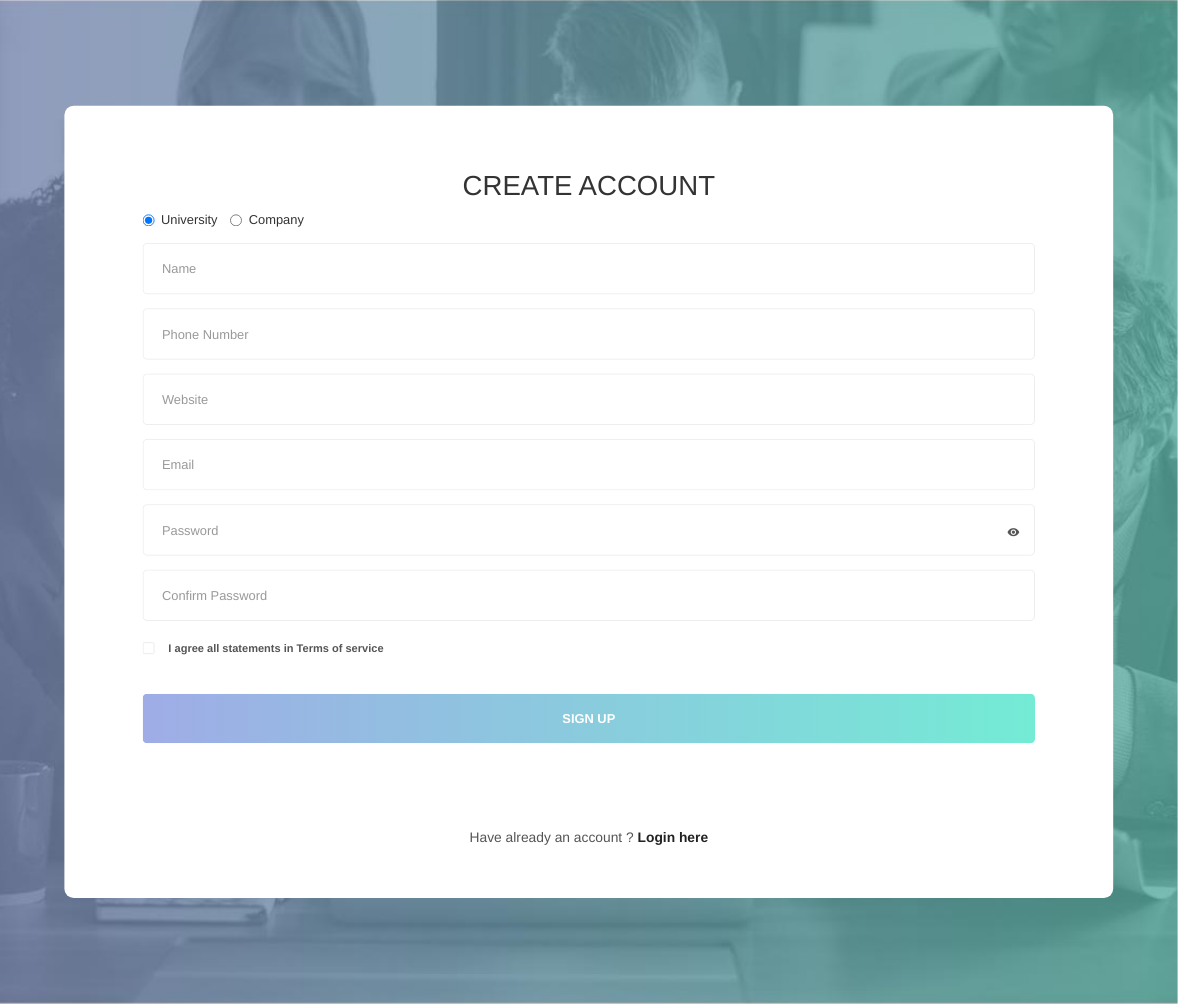
Repository: zainbt/Career_Bridge
Page: static/register/register.html
An editor plug-in stored every save of this project. The page is shown before and after the next save, followed by the edit.
The browser window is 1280 px wide. The pictures show the whole page, at 92% of full size.

Above is the page before, as saved 2019-11-18 17:56:26.

### static/register/register.html
<!DOCTYPE html>
<html lang="en">

<head>
    <meta charset="UTF-8">
    <meta name="viewport" content="width=device-width, initial-scale=1.0">
    <meta http-equiv="X-UA-Compatible" content="ie=edge">
    <title>Sign Up Form by Colorlib</title>

    <!-- Font Icon -->
    <link rel="stylesheet" href="fonts/material-icon/css/material-design-iconic-font.min.css">

    <!-- Main css -->
    <link rel="stylesheet" href="css/style.css">
    <link rel="stylesheet" href="https://maxcdn.bootstrapcdn.com/bootstrap/3.4.0/css/bootstrap.min.css">

</head>

<body>

    <div class="main">

        <section class="signup">
            <!-- <img src="images/signup-bg.jpg" alt=""> -->
            <div class="container">
                <div class="signup-content">
                    <form method="POST" id="signup-form" class="signup-form">
                        <h2 class="form-title">Create account</h2>
                        <div class="form-group">
                            <label class="radio-inline">
                                    <input type="radio" name="optradio" checked>University
                                </label>
                            <label class="radio-inline">
                                <input type="radio" name="optradio"> Company
                            </label>
                        </div>

                        <div class="form-group">
                            <input type="text" class="form-input" name="name" id="name" placeholder="Name" />
                        </div>
                        <div class="form-group">
                            <input type="number" class="form-input" name="name" id="name" placeholder="Phone Number" />
                        </div>
                        <div class="form-group">
                            <input type="url" class="form-input" name="name" id="name" placeholder="Website" />
                        </div>
                        <div class="form-group">
                            <input type="email" class="form-input" name="email" id="email" placeholder="Email" />
                        </div>
                        <div class="form-group">
                            <input type="password" class="form-input" name="password" id="password" placeholder="Password" />
                            <span toggle="#password" class="zmdi zmdi-eye field-icon toggle-password"></span>
                        </div>
                        <div class="form-group">
                            <input type="password" class="form-input" name="re_password" id="re_password" placeholder="Confirm Password" />
                        </div>
                        <div class="form-group">
                            <input type="checkbox" name="agree-term" id="agree-term" class="agree-term" />
                            <label for="agree-term" class="label-agree-term"><span><span></span></span>I agree all statements in  <a href="#" class="term-service">Terms of service</a></label>
                        </div>
                        <div class="form-group">
                            <input type="submit" name="submit" id="submit" class="form-submit" value="Sign up" />
                        </div>
                    </form>
                    <p class="loginhere">
                        Have already an account ? <a href="signUp.html" class="loginhere-link">Login here</a>
                    </p>
                </div>
            </div>
        </section>

    </div>

    <!-- JS -->
    <script src="vendor/jquery/jquery.min.js"></script>
    <script src="js/main.js"></script>
</body>
<!-- This templates was made by Colorlib (https://colorlib.com) -->

</html>

### static/register/css/style.css
/* @extend display-flex; */
display-flex, .display-flex, .display-flex-center {
  display: flex;
  display: -webkit-flex; }

/* @extend list-type-ulli; */
list-type-ulli {
  list-style-type: none;
  margin: 0;
  padding: 0; }

/* Montserrat-300 - latin */
@font-face {
  font-family: 'Montserrat';
  font-style: normal;
  font-weight: 300;
  src: url("../fonts/montserrat/Montserrat-Light.ttf");
  /* IE9 Compat Modes */ }
@font-face {
  font-family: 'Montserrat';
  font-style: normal;
  font-weight: 400;
  src: url("../fonts/montserrat/Montserrat-Regular.ttf");
  /* IE9 Compat Modes */ }
@font-face {
  font-family: 'Montserrat';
  font-style: italic;
  font-weight: 400;
  src: url("../fonts/montserrat/Montserrat-Italic.ttf");
  /* IE9 Compat Modes */ }
@font-face {
  font-family: 'Montserrat';
  font-style: normal;
  font-weight: 500;
  src: url("../fonts/montserrat/Montserrat-Medium.ttf");
  /* IE9 Compat Modes */ }
@font-face {
  font-family: 'Montserrat';
  font-style: normal;
  font-weight: 600;
  src: url("../fonts/montserrat/Montserrat-SemiBold.ttf");
  /* IE9 Compat Modes */ }
@font-face {
  font-family: 'Montserrat';
  font-style: normal;
  font-weight: 700;
  src: url("../fonts/montserrat/Montserrat-Bold.ttf");
  /* IE9 Compat Modes */ }
@font-face {
  font-family: 'Montserrat';
  font-style: italic;
  font-weight: 700;
  src: url("../fonts/montserrat/Montserrat-BoldItalic.ttf");
  /* IE9 Compat Modes */ }
@font-face {
  font-family: 'Montserrat';
  font-style: italic;
  font-weight: 900;
  src: url("../fonts/montserrat/montserrat-v12-latin-900.ttf"), url("../fonts/montserrat/montserrat-v12-latin-900.eot") format("embedded-opentype"), url("../fonts/montserrat/montserrat-v12-latin-900.svg") format("woff2"), url("../fonts/montserrat/montserrat-v12-latin-900.woff") format("woff"), url("../fonts/montserrat/montserrat-v12-latin-900.woff2") format("truetype"); }
a:focus, a:active {
  text-decoration: none;
  outline: none;
  transition: all 300ms ease 0s;
  -moz-transition: all 300ms ease 0s;
  -webkit-transition: all 300ms ease 0s;
  -o-transition: all 300ms ease 0s;
  -ms-transition: all 300ms ease 0s; }

input, select, textarea {
  outline: none;
  appearance: unset !important;
  -moz-appearance: unset !important;
  -webkit-appearance: unset !important;
  -o-appearance: unset !important;
  -ms-appearance: unset !important; }

input::-webkit-outer-spin-button, input::-webkit-inner-spin-button {
  appearance: none !important;
  -moz-appearance: none !important;
  -webkit-appearance: none !important;
  -o-appearance: none !important;
  -ms-appearance: none !important;
  margin: 0; }

input:focus, select:focus, textarea:focus {
  outline: none;
  box-shadow: none !important;
  -moz-box-shadow: none !important;
  -webkit-box-shadow: none !important;
  -o-box-shadow: none !important;
  -ms-box-shadow: none !important; }

input[type=checkbox] {
  appearance: checkbox !important;
  -moz-appearance: checkbox !important;
  -webkit-appearance: checkbox !important;
  -o-appearance: checkbox !important;
  -ms-appearance: checkbox !important; }

input[type=radio] {
  appearance: radio !important;
  -moz-appearance: radio !important;
  -webkit-appearance: radio !important;
  -o-appearance: radio !important;
  -ms-appearance: radio !important; }

img {
  max-width: 100%;
  height: auto; }

figure {
  margin: 0; }

p {
  margin-bottom: 0px;
  font-size: 15px;
  color: #777; }

h2 {
  line-height: 1.66;
  margin: 0;
  padding: 0;
  font-weight: 900;
  color: #222;
  font-family: 'Montserrat';
  font-size: 24px;
  text-transform: uppercase;
  text-align: center;
  margin-bottom: 40px; }

.clear {
  clear: both; }

body {
  font-size: 14px;
  line-height: 1.8;
  color: #222;
  font-weight: 400;
  font-family: 'Montserrat';
  background-image: url("../images/signup-bg.jpg");
  background-repeat: no-repeat;
  background-size: cover;
  -moz-background-size: cover;
  -webkit-background-size: cover;
  -o-background-size: cover;
  -ms-background-size: cover;
  background-position: center center;
  padding: 115px 0; }

.container {
  width: 660px;
  position: relative;
  margin: 0 auto; }

.display-flex {
  justify-content: space-between;
  -moz-justify-content: space-between;
  -webkit-justify-content: space-between;
  -o-justify-content: space-between;
  -ms-justify-content: space-between;
  align-items: center;
  -moz-align-items: center;
  -webkit-align-items: center;
  -o-align-items: center;
  -ms-align-items: center; }

.display-flex-center {
  justify-content: center;
  -moz-justify-content: center;
  -webkit-justify-content: center;
  -o-justify-content: center;
  -ms-justify-content: center;
  align-items: center;
  -moz-align-items: center;
  -webkit-align-items: center;
  -o-align-items: center;
  -ms-align-items: center; }

.position-center {
  position: absolute;
  top: 50%;
  left: 50%;
  transform: translate(-50%, -50%);
  -moz-transform: translate(-50%, -50%);
  -webkit-transform: translate(-50%, -50%);
  -o-transform: translate(-50%, -50%);
  -ms-transform: translate(-50%, -50%); }

.signup-content {
  background: #fff;
  border-radius: 10px;
  -moz-border-radius: 10px;
  -webkit-border-radius: 10px;
  -o-border-radius: 10px;
  -ms-border-radius: 10px;
  padding: 50px 85px; }

.form-group {
  overflow: hidden;
  margin-bottom: 20px; }

.form-input {
  width: 100%;
  border: 1px solid #ebebeb;
  border-radius: 5px;
  -moz-border-radius: 5px;
  -webkit-border-radius: 5px;
  -o-border-radius: 5px;
  -ms-border-radius: 5px;
  padding: 17px 20px;
  box-sizing: border-box;
  font-size: 14px;
  font-weight: 500;
  color: #222; }
  .form-input::-webkit-input-placeholder {
    color: #999; }
  .form-input::-moz-placeholder {
    color: #999; }
  .form-input:-ms-input-placeholder {
    color: #999; }
  .form-input:-moz-placeholder {
    color: #999; }
  .form-input::-webkit-input-placeholder {
    font-weight: 500; }
  .form-input::-moz-placeholder {
    font-weight: 500; }
  .form-input:-ms-input-placeholder {
    font-weight: 500; }
  .form-input:-moz-placeholder {
    font-weight: 500; }
  .form-input:focus {
    border: 1px solid transparent;
    -webkit-border-image-source: -webkit-linear-gradient(to right, #9face6, #74ebd5);
    -moz-border-image-source: -moz-linear-gradient(to right, #9face6, #74ebd5);
    -o-border-image-source: -o-linear-gradient(to right, #9face6, #74ebd5);
    border-image-source: linear-gradient(to right, #9face6, #74ebd5);
    -webkit-border-image-slice: 1;
    border-image-slice: 1;
    border-radius: 5px;
    -moz-border-radius: 5px;
    -webkit-border-radius: 5px;
    -o-border-radius: 5px;
    -ms-border-radius: 5px;
    background-origin: border-box;
    background-clip: content-box, border-box; }
    .form-input:focus::-webkit-input-placeholder {
      color: #222; }
    .form-input:focus::-moz-placeholder {
      color: #222; }
    .form-input:focus:-ms-input-placeholder {
      color: #222; }
    .form-input:focus:-moz-placeholder {
      color: #222; }

.form-submit {
  width: 100%;
  border-radius: 5px;
  -moz-border-radius: 5px;
  -webkit-border-radius: 5px;
  -o-border-radius: 5px;
  -ms-border-radius: 5px;
  padding: 17px 20px;
  box-sizing: border-box;
  font-size: 14px;
  font-weight: 700;
  color: #fff;
  text-transform: uppercase;
  border: none;
  background-image: -moz-linear-gradient(to left, #74ebd5, #9face6);
  background-image: -ms-linear-gradient(to left, #74ebd5, #9face6);
  background-image: -o-linear-gradient(to left, #74ebd5, #9face6);
  background-image: -webkit-linear-gradient(to left, #74ebd5, #9face6);
  background-image: linear-gradient(to left, #74ebd5, #9face6); }

input[type=checkbox]:not(old) {
  width: 2em;
  margin: 0;
  padding: 0;
  font-size: 1em;
  display: none; }

input[type=checkbox]:not(old) + label {
  display: inline-block;
  margin-top: 7px;
  margin-bottom: 25px; }

input[type=checkbox]:not(old) + label > span {
  display: inline-block;
  width: 13px;
  height: 13px;
  margin-right: 15px;
  margin-bottom: 3px;
  border: 1px solid #ebebeb;
  border-radius: 2px;
  -moz-border-radius: 2px;
  -webkit-border-radius: 2px;
  -o-border-radius: 2px;
  -ms-border-radius: 2px;
  background: white;
  background-image: -moz-linear-gradient(white, white);
  background-image: -ms-linear-gradient(white, white);
  background-image: -o-linear-gradient(white, white);
  background-image: -webkit-linear-gradient(white, white);
  background-image: linear-gradient(white, white);
  vertical-align: bottom; }

input[type=checkbox]:not(old):checked + label > span {
  background-image: -moz-linear-gradient(white, white);
  background-image: -ms-linear-gradient(white, white);
  background-image: -o-linear-gradient(white, white);
  background-image: -webkit-linear-gradient(white, white);
  background-image: linear-gradient(white, white); }

input[type=checkbox]:not(old):checked + label > span:before {
  content: '\f26b';
  display: block;
  color: #222;
  font-size: 11px;
  line-height: 1.2;
  text-align: center;
  font-family: 'Material-Design-Iconic-Font';
  font-weight: bold; }

.label-agree-term {
  font-size: 12px;
  font-weight: 600;
  color: #555; }

.term-service {
  color: #555; }

.loginhere {
  color: #555;
  font-weight: 500;
  text-align: center;
  margin-top: 91px;
  margin-bottom: 5px; }

.loginhere-link {
  font-weight: 700;
  color: #222; }

.field-icon {
  float: right;
  margin-right: 17px;
  margin-top: -32px;
  position: relative;
  z-index: 2;
  color: #555; }

@media screen and (max-width: 768px) {
  .container {
    width: calc(100% - 40px);
    max-width: 100%; } }
@media screen and (max-width: 480px) {
  .signup-content {
    padding: 50px 25px; } }

/*# sourceMappingURL=style.css.map */

Loaded but not shown: static/register/fonts/material-icon/css/material-design-iconic-font.min.css (library); static/register/vendor/jquery/jquery.min.js (library); static/register/js/main.js (common file)

After the next save:
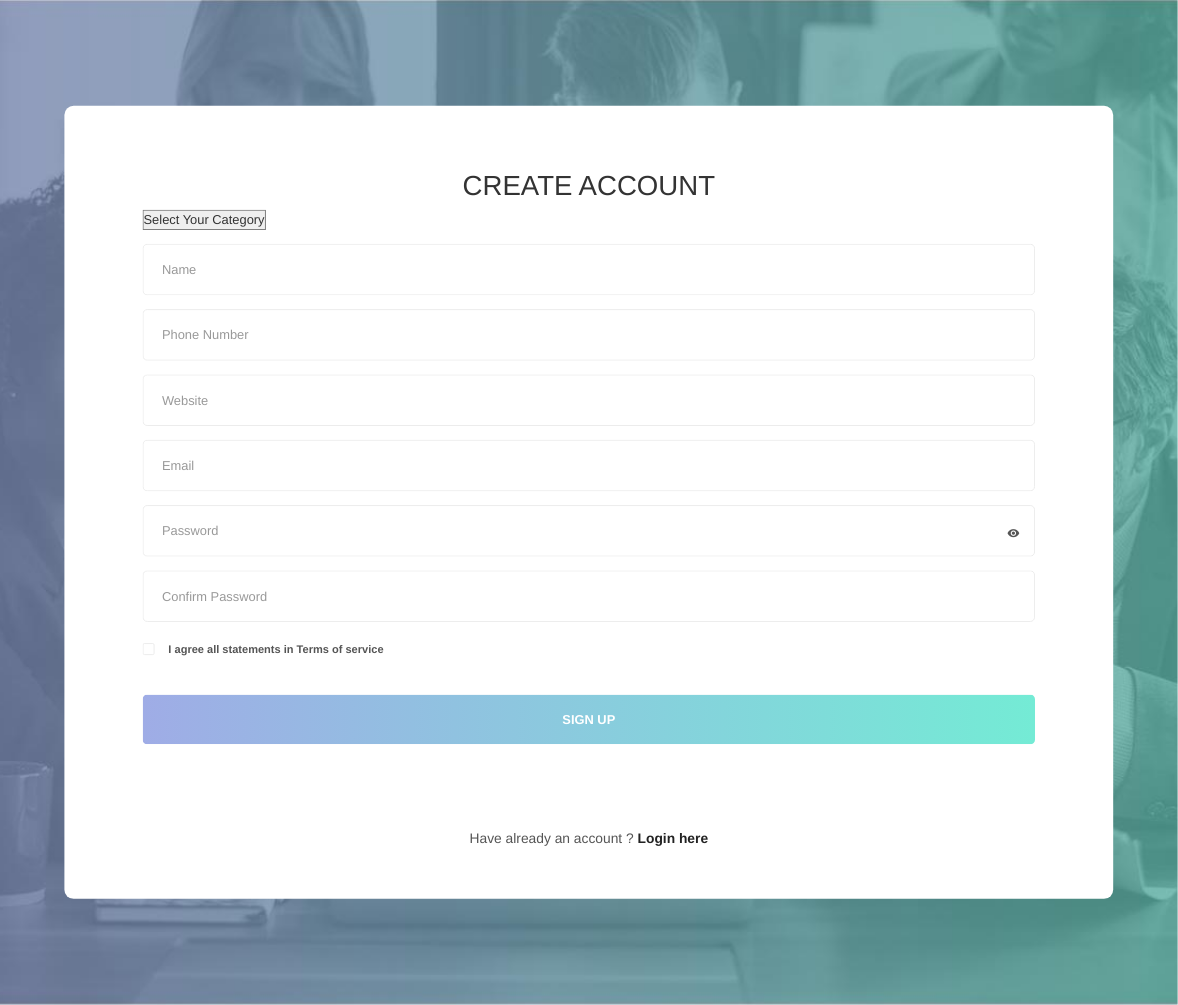
Saved 9 min 3 s later.
--- a/static/register/register.html
+++ b/static/register/register.html
@@ -27,12 +27,11 @@
                     <form method="POST" id="signup-form" class="signup-form">
                         <h2 class="form-title">Create account</h2>
                         <div class="form-group">
-                            <label class="radio-inline">
-                                    <input type="radio" name="optradio" checked>University
-                                </label>
-                            <label class="radio-inline">
-                                <input type="radio" name="optradio"> Company
-                            </label>
+                            <select>
+                                <option>Select Your Category</option>
+                                <option>Company</option>
+                                <option>University</option>
+                            </select>
                         </div>
 
                         <div class="form-group">
